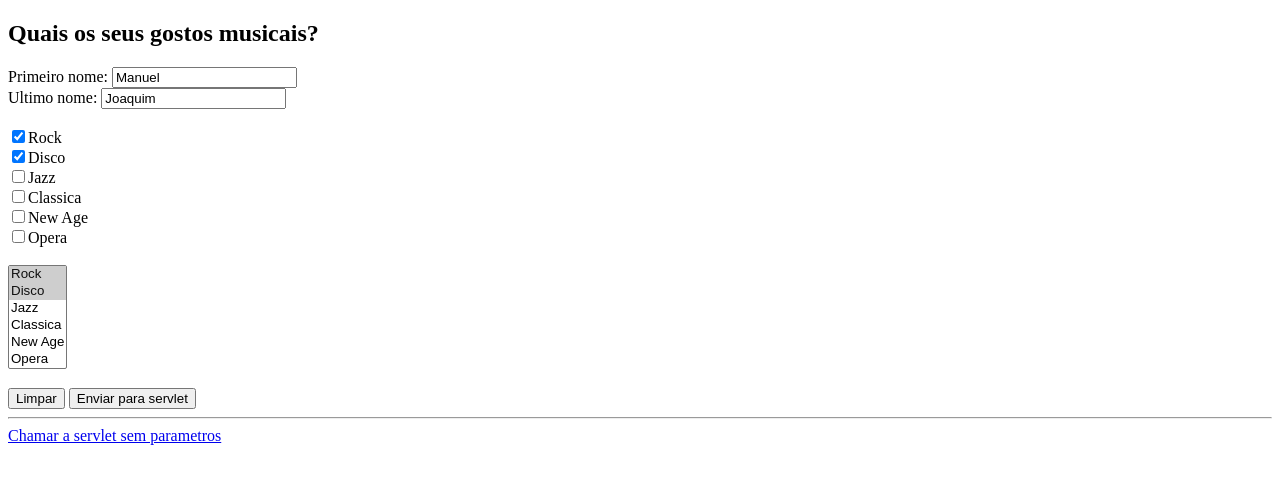
Repository: chuinga/JavaWebAppsDevelopment
Page: JavaWeb/src/main/webapp/AnalisarPedidoHTTP.html
An editor plug-in stored every save of this project. The page is shown before and after the next save, followed by the edit.
The browser window is 1280 px wide. The pictures show the whole page.

Above is the page before, as saved 2024-06-29 14:04:54.

After the next save:
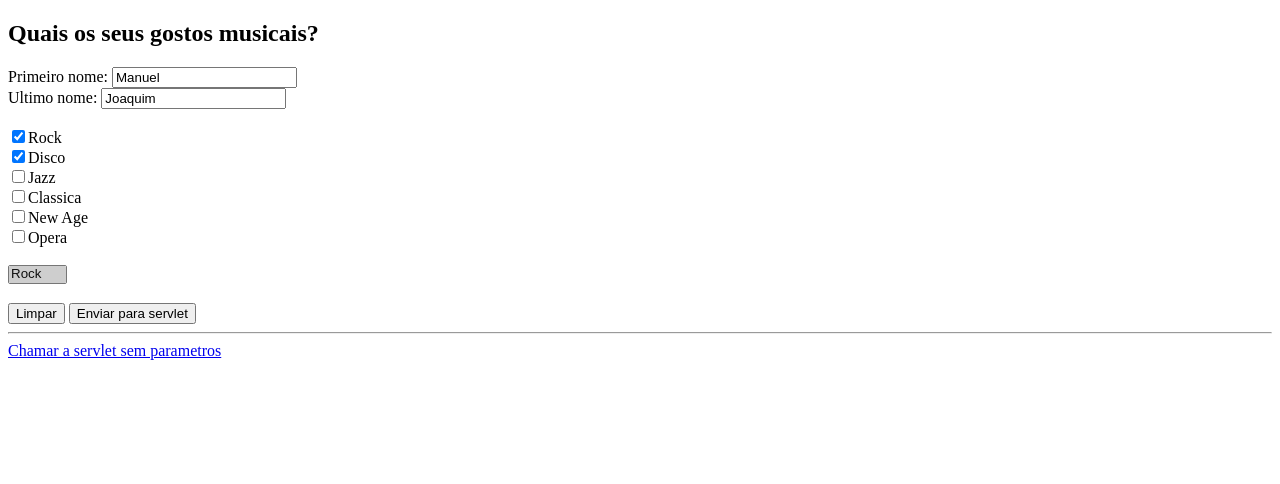
Saved 57 s later.
--- a/JavaWeb/src/main/webapp/AnalisarPedidoHTTP.html
+++ b/JavaWeb/src/main/webapp/AnalisarPedidoHTTP.html
@@ -18,7 +18,7 @@
         <input type="checkbox" name="checkboxMusica" value="New Age">New Age<br>
         <input type="checkbox" name="checkboxMusica" value="Opera">Opera<br>
         <br>
-        <select name="listaEscolhaMusica" multiple size="6">
+        <select name="listaEscolhaMusica" multiple size="1">
             <option value="Rock" selected>Rock</option>
             <option value="Disco" selected>Disco</option>
             <option value="Jazz" >Jazz</option>
